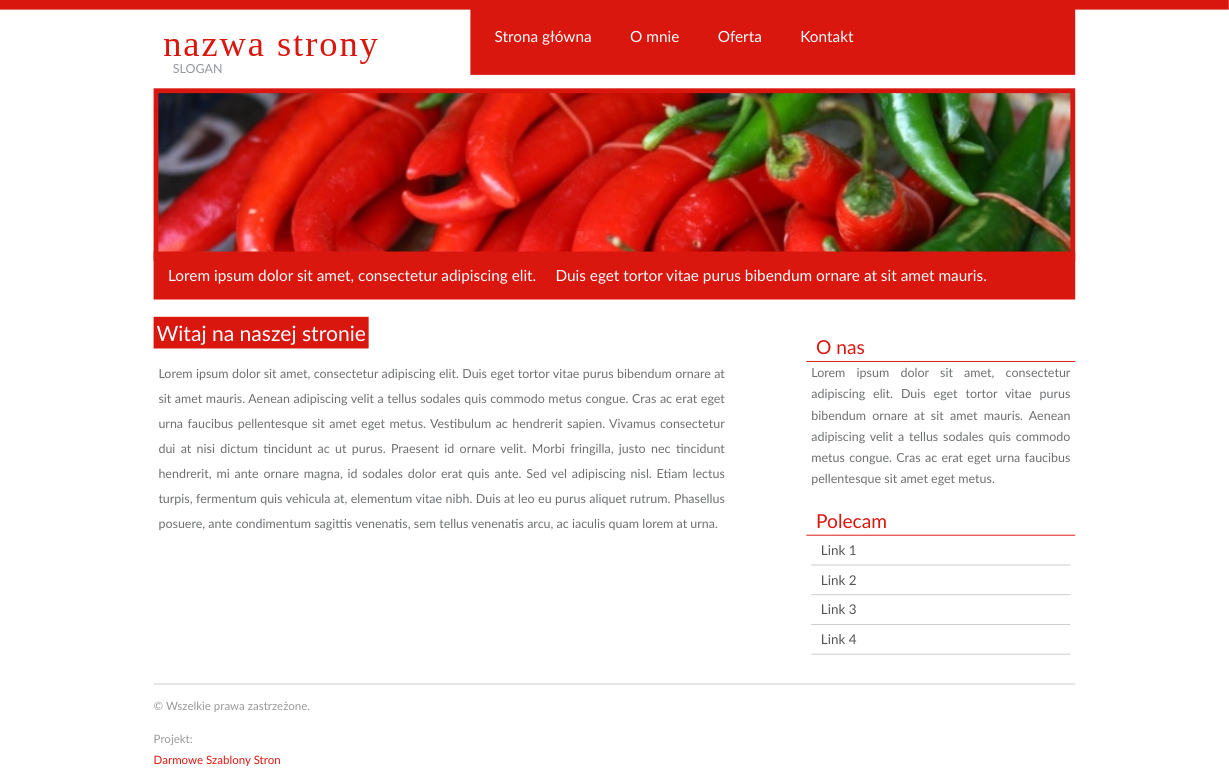
Repository: Michals1988/GroupProject
Page: index.html
The author's editor kept a copy of each file at every save. The page is drawn from the files as they stood at one save, then again after the next save.
The browser window is 1280 px wide. The pictures show the whole page, at 96% of full size.

Above is the page before, as saved 2010-07-24 17:19:23.

### index.html
<!DOCTYPE html PUBLIC "-//W3C//DTD XHTML 1.0 Transitional//EN" "http://www.w3.org/TR/xhtml1/DTD/xhtml1-transitional.dtd">
<html xmlns="http://www.w3.org/1999/xhtml">
<head>
<meta http-equiv="Content-Type" content="text/html; charset=utf-8" />
<title>Szablon</title>

 <link rel="stylesheet" type="text/css" href="css/style.css" />

</head>

<body>

  <div id="wrapper">
    <div id="logo">
    <a href="#">
        <h1>Nazwa strony</h1>
        <p>slogan</p>
    </a>
    </div>
    <div id="menu">
        <ul>
        <li><a href="#">Strona główna</a></li>
        <li><a href="#">O mnie</a></li>
        <li><a href="#">Oferta</a></li>
        <li><a href="#">Kontakt</a></li>
        </ul>
        <div id="search_top">
        <input type="text" value="Wpisz szukaną frazę" />
        </div>
    </div>
    <div id="header">
        <img src="images/header.jpg" />
    </div>
    <div id="menu_top">
        <ul>
        <li><a href="#">Lorem ipsum dolor sit amet, consectetur adipiscing elit.</a></li>
        <li><a href="#">Duis eget tortor vitae purus bibendum ornare at sit amet mauris.</a></li>
        </ul>
    <div id="container">
    <div id="content">
        <span class="content_title">Witaj na naszej stronie</span>
        <p>
        Lorem ipsum dolor sit amet, consectetur adipiscing elit. Duis eget tortor vitae purus bibendum ornare at sit amet mauris. Aenean adipiscing velit a        tellus sodales quis commodo metus congue. Cras ac erat eget urna faucibus pellentesque sit amet eget metus. Vestibulum ac hendrerit sapien. Vivamus        consectetur dui at nisi dictum tincidunt ac ut purus. Praesent id ornare velit. Morbi fringilla, justo nec tincidunt hendrerit, mi ante ornare magna,        id sodales dolor erat quis ante. Sed vel adipiscing nisl. Etiam lectus turpis, fermentum quis vehicula at, elementum vitae nibh. Duis at leo eu purus        aliquet rutrum. Phasellus posuere, ante condimentum sagittis venenatis, sem tellus venenatis arcu, ac iaculis quam lorem at urna.
        </p>
    </div>
    <div id="sidebar">
        <div id="sidebar_title">O nas</div>
        <p>
        Lorem ipsum dolor sit amet, consectetur adipiscing elit. Duis eget tortor vitae purus bibendum ornare at sit amet mauris. Aenean adipiscing velit a        tellus sodales quis commodo metus congue. Cras ac erat eget urna faucibus pellentesque sit amet eget metus.
        </p>
        <div id="sidebar_title">Polecam</div>
            <ul>
            <li><a href="#">Link 1</a></li>
            <li><a href="#">Link 2</a></li>
            <li><a href="#">Link 3</a></li>
            <li><a href="#">Link 4</a></li>
            </ul>
    </div>
    </div>
    <div id="foot">
        <p>&copy Wszelkie prawa zastrzeżone. <p>Projekt: <br /> <a href="http://www.templatki.net">Darmowe Szablony Stron</a></p>
    </div>
    </div>
</body>
</html>

### css/style.css
body {
	font-family: "Trebuchet MS", Arial, Helvetica, sans-serif;
	font-size: 13px;
	color: #6d6f71;
	text-align: center;
	background: url(../images/bg.png) repeat-x;
}

#wrapper {
	width: 960px;
	margin: 0 auto;
	text-align: left;
}

a {
	color: #d9170e;
	text-decoration: none;
}

a:hover {
	text-decoration: underline;
}

#logo {
	float: left;
	margin-left: 10px;
	margin-top: -10px;
	padding: 0;
}

#logo a, #logo a:hover {
	text-decoration: none;
}

#logo h1 {
	font-size: 38px;
	font-weight: normal;
	text-transform: lowercase;
	letter-spacing: 2px;
	color: #d9170e;
	font-family: "Times New Roman", Times, serif;
}

#logo p {
	font-size: 13px;
	color: #91989e;
	text-transform: uppercase;
	margin-top: -30px;
	padding-left: 10px;
}

#menu {
	width: 630px;
	height: 80px;
	float: right;
	margin-top: -10px;
	margin-left: 20px;
	background: url(../images/bg.png);
}

#menu ul {
	list-style: none;
	margin: 0;
	padding: 5px 5px 5px 5px;
}

#menu li {
	display: block;
	float: left;
}

#menu a {
	color: #fff;
	font-size: 16px;
	display: block;
	float: left;
	margin-top: -5px;
	padding: 30px 20px 20px 20px;
	text-decoration: none;
}

#menu a:hover {
	background: #fff;
	color: #d9170e;

}

#search_top {
	float: right;
	margin-right: 30px;
	padding-top: 20px;
}

#search_top input {
	padding: 5px;
	border: 0px;
}

#header {
	float: left;
	width: 960px;
	height: 175px;
	background: url(../images/bg.png);
	text-align: center;
	padding-top: 5px;
}

#title_head {
	float: left;
	padding-top: 30px;
	padding-left: 550px;
	color: #333333;
	font-size: 24px;
}

#menu_top {
	width: 960px;
	height: 50px;
	float: left;
	margin-top: -10px;
	background: url(../images/bg.png);
}

#menu_top ul {
	list-style: none;
	margin: 0;
	padding: 5px 5px 5px 5px;
}

#menu_top li {
	display: block;
	float: left;
}

#menu_top a {
	color: #fff;
	font-size: 16px;
	display: block;
	float: left;
	padding: 10px 10px 10px 10px;
	text-decoration: none;
}

#menu_top a:hover {
	background: #fff;
	color: #d9170e;
}

#container {
	float: left;
	margin-bottom: 30px;
	margin-top: 30px;
	width: 960px;
}

#content {
	float: left;
	width: 600px;
	text-align: justify;
	line-height: 22px;
}

#content p {
	text-align: justify;
	line-height: 26px;
	padding: 5px;
}

.content_title {
	padding: 3px;
	font-size: 22px;
	font-weight: normal;
	color: #FFF;
	background: url(../images/bg.png);
}

h2 {
	font-size: 20px;
	font-weight: normal;
	color: #6d8b44;
}

#sidebar {
	float: right;
	width: 280px;
	line-height: 22px;
	text-align: justify;
	margin-top: 10px;
}

#sidebar ul {
	list-style: none;
	margin: 0;
	padding: 5px 5px 5px 5px;
}

#sidebar li {
	display: block;
	float: left;
	width: 270px;
	border-bottom: 1px solid #CCC;
}

#sidebar a {
	color: #555;
	font-size: 14px;
	display: block;
	float: left;
	padding: 4px 0px 4px 10px;
	text-decoration: none;

}

#sidebar a:hover {
	color: #d9170e;
	margin-left: 10px;
	-webkit-border-radius: 5px;
    -khtml-border-radius: 5px;
    -moz-border-radius: 5px;
    border-radius: 5px;
}

#sidebar_title {
	width: 270px;
	font-size: 20px;
	font-weight: normal;
	color: #d9170e;
	float: left;
	padding: 4px 0px 4px 10px;
	border-bottom: 1px solid #d9170e;
}

#sidebar p {
	padding: 5px;
}

#foot {
	width: 960px;
	float: left;
	border-top: 1px solid #CCC;
	font-size: 12px;
	color: #999;
	line-height: 22px;
	padding: 0;
	margin: 0;
}

#foot a {
	font-size: 12px;
	color: #d9170e;
	padding: 0;
	margin: 0;
}

After the next save:
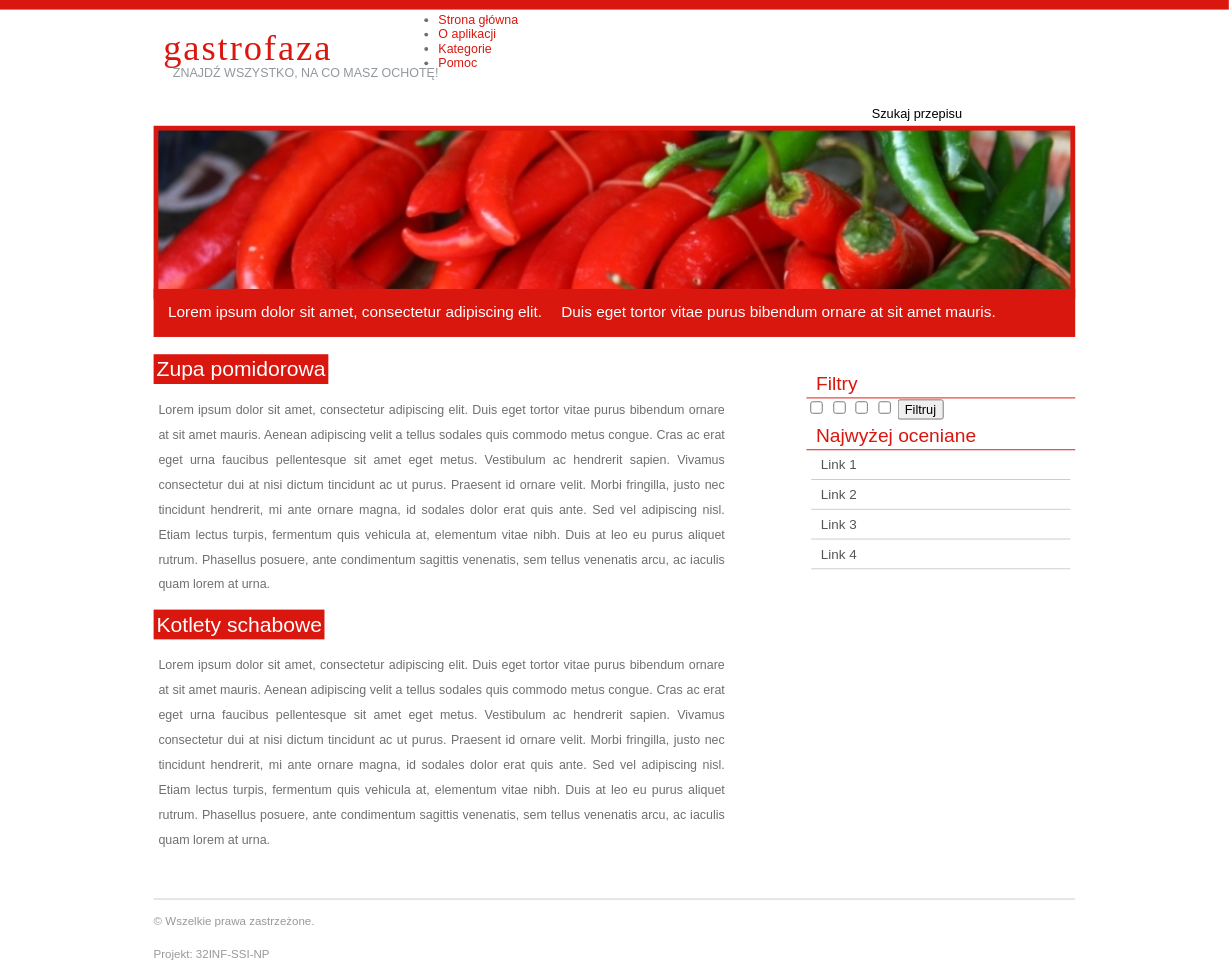
Saved 3746 days later.
--- a/index.html
+++ b/index.html
@@ -1,65 +1,88 @@
-<!DOCTYPE html PUBLIC "-//W3C//DTD XHTML 1.0 Transitional//EN" "http://www.w3.org/TR/xhtml1/DTD/xhtml1-transitional.dtd">
+<!DOCTYPE html
+    PUBLIC "-//W3C//DTD XHTML 1.0 Transitional//EN" "http://www.w3.org/TR/xhtml1/DTD/xhtml1-transitional.dtd">
 <html xmlns="http://www.w3.org/1999/xhtml">
+
 <head>
-<meta http-equiv="Content-Type" content="text/html; charset=utf-8" />
-<title>Szablon</title>
+    <meta http-equiv="Content-Type" content="text/html; charset=utf-8" />
+    <title>Gastrofaza</title>
 
- <link rel="stylesheet" type="text/css" href="css/style.css" />
+    <link rel="stylesheet" type="text/css" href="css/style.css" />
 
 </head>
 
 <body>
 
-  <div id="wrapper">
-    <div id="logo">
-    <a href="#">
-        <h1>Nazwa strony</h1>
-        <p>slogan</p>
-    </a>
-    </div>
-    <div id="menu">
-        <ul>
-        <li><a href="#">Strona główna</a></li>
-        <li><a href="#">O mnie</a></li>
-        <li><a href="#">Oferta</a></li>
-        <li><a href="#">Kontakt</a></li>
-        </ul>
-        <div id="search_top">
-        <input type="text" value="Wpisz szukaną frazę" />
+    <div id="wrapper">
+        <div id="logo">
+            <a href="#">
+                <h1>Gastrofaza</h1>
+                <p>Znajdź wszystko, na co masz ochotę!</p>
+            </a>
         </div>
-    </div>
-    <div id="header">
-        <img src="images/header.jpg" />
-    </div>
-    <div id="menu_top">
-        <ul>
-        <li><a href="#">Lorem ipsum dolor sit amet, consectetur adipiscing elit.</a></li>
-        <li><a href="#">Duis eget tortor vitae purus bibendum ornare at sit amet mauris.</a></li>
-        </ul>
-    <div id="container">
-    <div id="content">
-        <span class="content_title">Witaj na naszej stronie</span>
-        <p>
-        Lorem ipsum dolor sit amet, consectetur adipiscing elit. Duis eget tortor vitae purus bibendum ornare at sit amet mauris. Aenean adipiscing velit a        tellus sodales quis commodo metus congue. Cras ac erat eget urna faucibus pellentesque sit amet eget metus. Vestibulum ac hendrerit sapien. Vivamus        consectetur dui at nisi dictum tincidunt ac ut purus. Praesent id ornare velit. Morbi fringilla, justo nec tincidunt hendrerit, mi ante ornare magna,        id sodales dolor erat quis ante. Sed vel adipiscing nisl. Etiam lectus turpis, fermentum quis vehicula at, elementum vitae nibh. Duis at leo eu purus        aliquet rutrum. Phasellus posuere, ante condimentum sagittis venenatis, sem tellus venenatis arcu, ac iaculis quam lorem at urna.
-        </p>
-    </div>
-    <div id="sidebar">
-        <div id="sidebar_title">O nas</div>
-        <p>
-        Lorem ipsum dolor sit amet, consectetur adipiscing elit. Duis eget tortor vitae purus bibendum ornare at sit amet mauris. Aenean adipiscing velit a        tellus sodales quis commodo metus congue. Cras ac erat eget urna faucibus pellentesque sit amet eget metus.
-        </p>
-        <div id="sidebar_title">Polecam</div>
+        <div id="top_menu">
             <ul>
-            <li><a href="#">Link 1</a></li>
-            <li><a href="#">Link 2</a></li>
-            <li><a href="#">Link 3</a></li>
-            <li><a href="#">Link 4</a></li>
+                <li><a href="#">Strona główna</a></li>
+                <li><a href="#">O aplikacji</a></li>
+                <li><a href="#">Kategorie</a></li>
+                <li><a href="#">Pomoc</a></li>
             </ul>
-    </div>
-    </div>
-    <div id="foot">
-        <p>&copy Wszelkie prawa zastrzeżone. <p>Projekt: <br /> <a href="http://www.templatki.net">Darmowe Szablony Stron</a></p>
-    </div>
-    </div>
+            <div id="search_top">
+                <input type="text" value="Szukaj przepisu" />
+            </div>
+        </div>
+        <div id="header">
+            <img src="images/header.jpg" />
+        </div>
+        <div id="menu_top">
+            <ul>
+                <li><a href="#">Lorem ipsum dolor sit amet, consectetur adipiscing elit.</a></li>
+                <li><a href="#">Duis eget tortor vitae purus bibendum ornare at sit amet mauris.</a></li>
+            </ul>
+            <div id="container">
+                <div id="content">
+                    <span class="content_title">Zupa pomidorowa</span>
+                    <p>
+                        Lorem ipsum dolor sit amet, consectetur adipiscing elit. Duis eget tortor vitae purus bibendum
+                        ornare at sit amet mauris. Aenean adipiscing velit a tellus sodales quis commodo metus congue.
+                        Cras ac erat eget urna faucibus pellentesque sit amet eget metus. Vestibulum ac hendrerit
+                        sapien. Vivamus consectetur dui at nisi dictum tincidunt ac ut purus. Praesent id ornare velit.
+                        Morbi fringilla, justo nec tincidunt hendrerit, mi ante ornare magna, id sodales dolor erat quis
+                        ante. Sed vel adipiscing nisl. Etiam lectus turpis, fermentum quis vehicula at, elementum vitae
+                        nibh. Duis at leo eu purus aliquet rutrum. Phasellus posuere, ante condimentum sagittis
+                        venenatis, sem tellus venenatis arcu, ac iaculis quam lorem at urna.
+                    </p>
+                    <span class="content_title">Kotlety schabowe</span>
+                    <p>
+                        Lorem ipsum dolor sit amet, consectetur adipiscing elit. Duis eget tortor vitae purus bibendum
+                        ornare at sit amet mauris. Aenean adipiscing velit a tellus sodales quis commodo metus congue.
+                        Cras ac erat eget urna faucibus pellentesque sit amet eget metus. Vestibulum ac hendrerit
+                        sapien. Vivamus consectetur dui at nisi dictum tincidunt ac ut purus. Praesent id ornare velit.
+                        Morbi fringilla, justo nec tincidunt hendrerit, mi ante ornare magna, id sodales dolor erat quis
+                        ante. Sed vel adipiscing nisl. Etiam lectus turpis, fermentum quis vehicula at, elementum vitae
+                        nibh. Duis at leo eu purus aliquet rutrum. Phasellus posuere, ante condimentum sagittis
+                        venenatis, sem tellus venenatis arcu, ac iaculis quam lorem at urna.
+                    </p>
+                </div>
+                <div id="sidebar">
+                    <div id="sidebar_title">Filtry</div>
+                    <input type="checkbox">
+                    <input type="checkbox">
+                    <input type="checkbox">
+                    <input type="checkbox">
+                    <button id="filter_button">Filtruj</button>
+                    <div id="sidebar_title">Najwyżej oceniane</div>
+                    <ul>
+                        <li><a href="#">Link 1</a></li>
+                        <li><a href="#">Link 2</a></li>
+                        <li><a href="#">Link 3</a></li>
+                        <li><a href="#">Link 4</a></li>
+                    </ul>
+                </div>
+            </div>
+            <div id="foot">
+                <p>&copy Wszelkie prawa zastrzeżone. <p>Projekt: 32INF-SSI-NP</p>
+            </div>
+        </div>
 </body>
+
 </html>
--- a/css/style.css
+++ b/css/style.css
@@ -1,5 +1,5 @@
 body {
-	font-family: "Trebuchet MS", Arial, Helvetica, sans-serif;
+	font-family: Arial, Helvetica, sans-serif;
 	font-size: 13px;
 	color: #6d6f71;
 	text-align: center;
@@ -28,7 +28,8 @@ a:hover {
 	padding: 0;
 }
 
-#logo a, #logo a:hover {
+#logo a,
+#logo a:hover {
 	text-decoration: none;
 }
 
@@ -215,9 +216,9 @@ h2 {
 	color: #d9170e;
 	margin-left: 10px;
 	-webkit-border-radius: 5px;
-    -khtml-border-radius: 5px;
-    -moz-border-radius: 5px;
-    border-radius: 5px;
+	-khtml-border-radius: 5px;
+	-moz-border-radius: 5px;
+	border-radius: 5px;
 }
 
 #sidebar_title {
